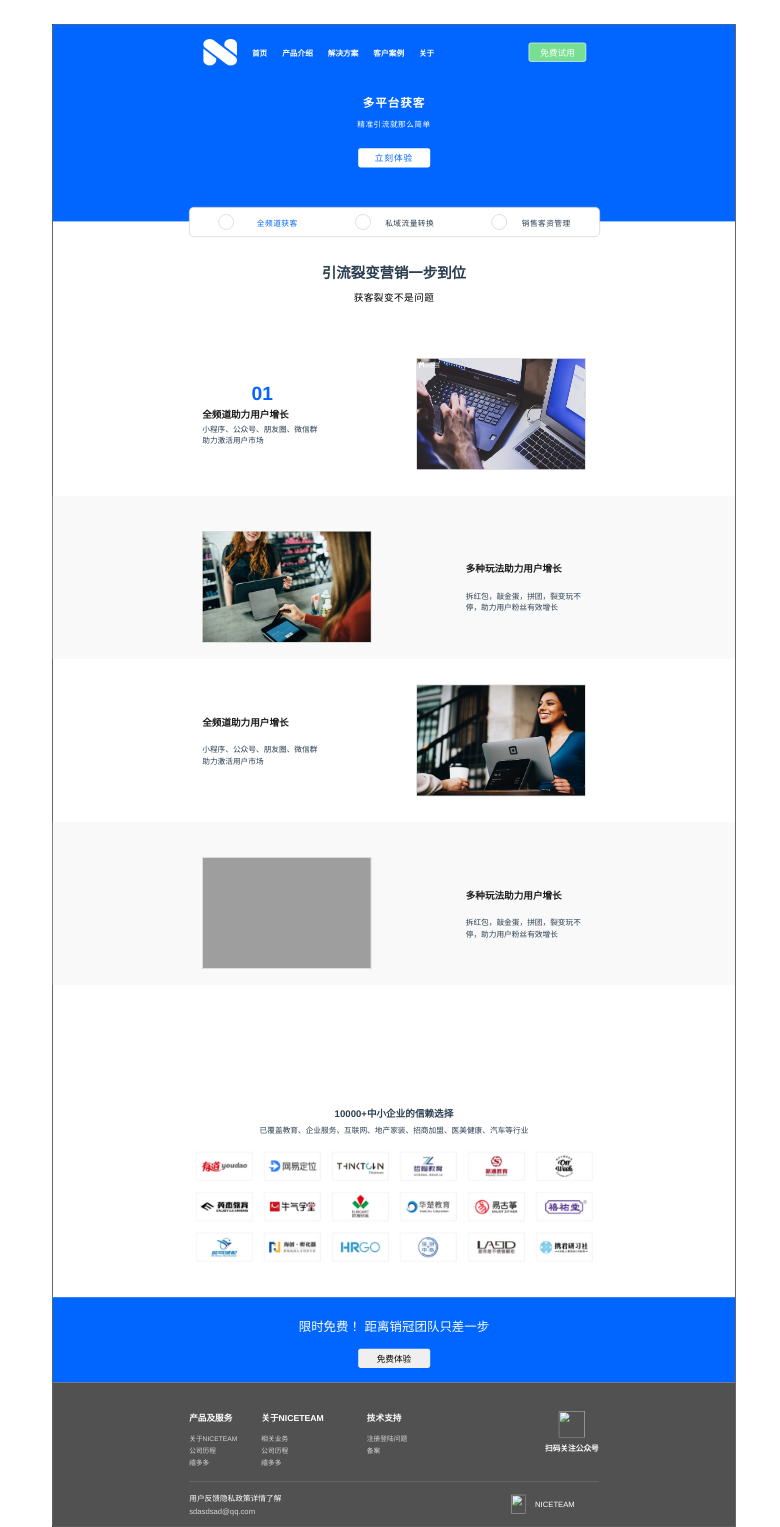
Repository: Alex-2020-0211/xrkj-guanwang
Page: /#/productintroduction (app in src/)
These files come from the project's save history. The page is drawn as it stood at one moment and after the next save; the edit follows.
The browser window is 1280 px wide. The page is 1300 px wide, so the pictures cover 1300 px, including what lies to the right of the window. The pictures show the whole page, at 60% of full size.
Pictures or frames that could not be fetched are drawn as grey boxes. The project was rebuilt for these pictures with package versions that can differ from the ones it lists, and the page was loaded fresh each time. Also part of the build but not shown: src/src/components/Header.vue, src/src/views/Home.vue.

Above is the page before, as saved 2021-01-08 09:56:46.

After the next save:
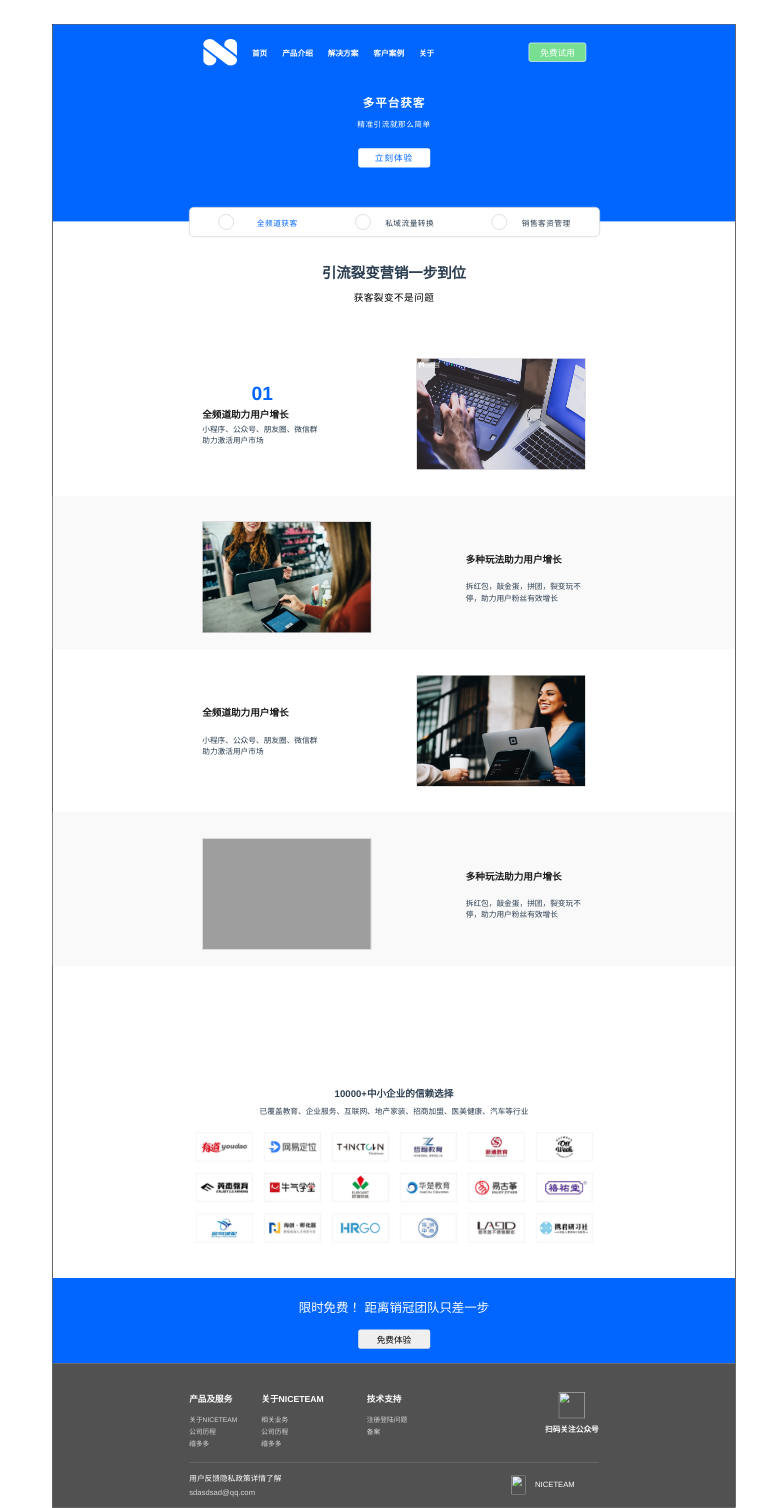
Saved 59 s later.
--- a/src/src/views/ProductIntroduction.vue
+++ b/src/src/views/ProductIntroduction.vue
@@ -326,7 +326,7 @@
         .f9 {
           width: 100%;
           height: 3.2rem;
-          padding-top: 0.2rem;
+          // padding-top: 0.2rem;
           background-color: #f9f9f9;
         }
         .case {
